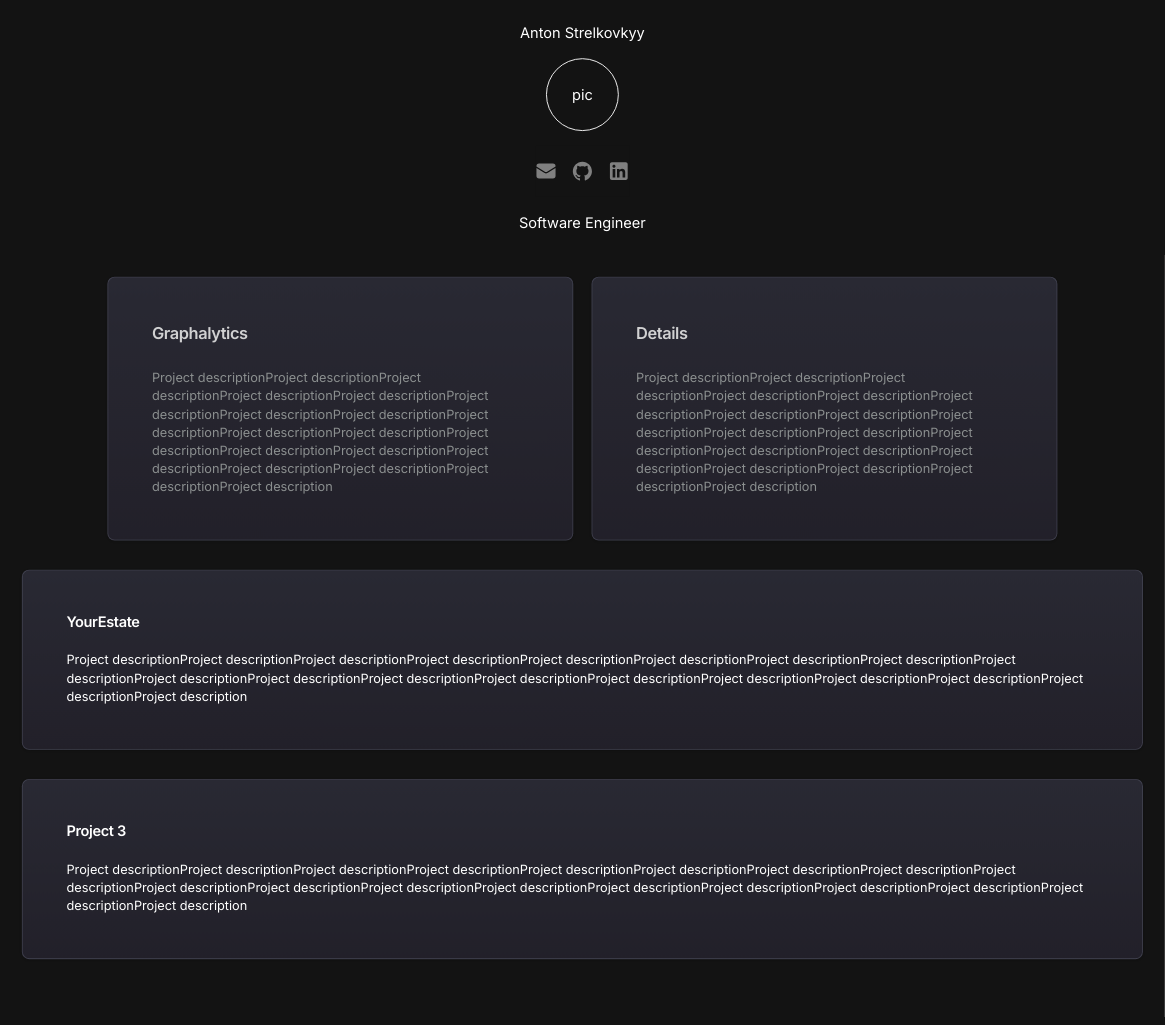
Repository: Fortivera/Anton
Page: /
These files come from the project's save history. The page is drawn as it stood at one moment and after the next save; the edit follows.
The browser window is 1280 px wide. The pictures show the whole page, at 91% of full size.
The project was rebuilt for these pictures with package versions that can differ from the ones it lists, and the page was loaded fresh each time. The framework's server and built-in components were replaced by stand-ins that run in the browser. Also part of the build but not shown: next.config.mjs.

Above is the page before, as saved 2024-05-01 23:30:45.

After the next save:
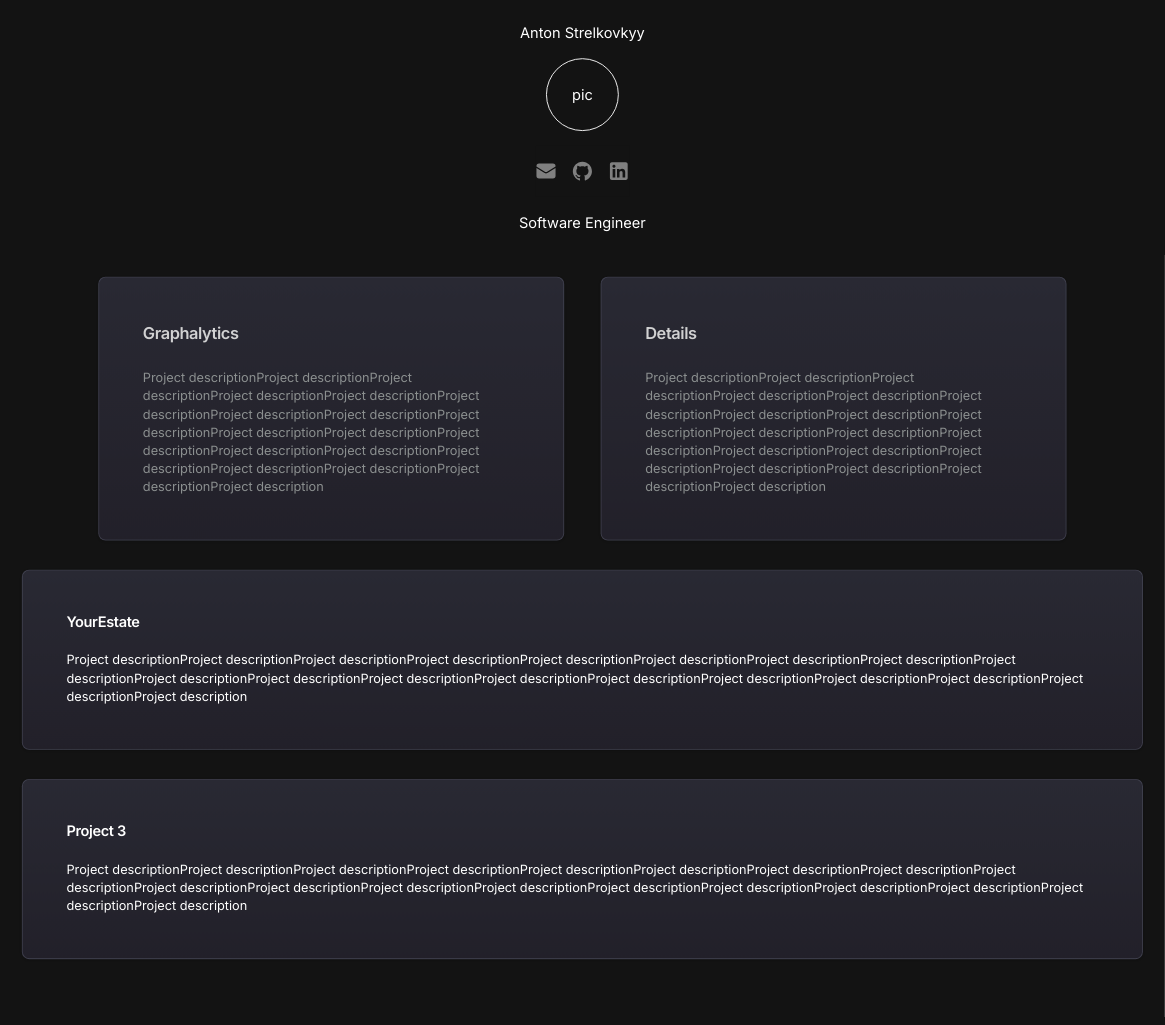
Saved 9 s later.
--- a/app/page.tsx
+++ b/app/page.tsx
@@ -26,7 +26,7 @@ export default function Home() {
         </section>
 
         <section className="grid grid-cols-1 gap-8 justify-items-center py-12" id="projects">
-          <div className="flex flex-col sm:flex-row space-x-5">
+          <div className="flex flex-col sm:flex-row space-x-10">
             <Card className="max-w-lg relative p-6 border rounded-lg bg-opacity-10 bg-[#9d94e9] border-[#60647872] bg-gradient-to-b from-[#35374366] to-[#24212b65]">
               <CardHeader>
                 <CardTitle className="text-lg font-semibold text-[#D1D1D2]">Graphalytics</CardTitle>
